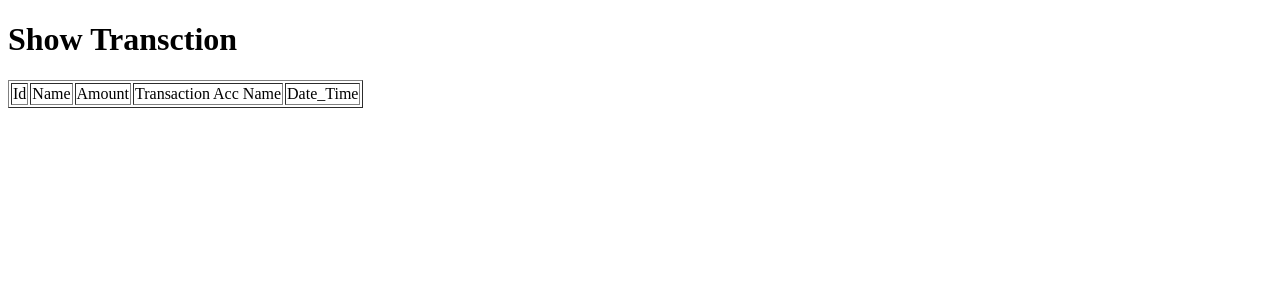
Repository: rukmini10/DXC
Page: http://localhost/Account/show_transaction.jsp
These files come from the project's save history. The page is drawn as it stood at one moment and after the next save; the edit follows.
The browser window is 1280 px wide. The pictures show the whole page.
The page is served by Tomcat 9. Nobody is signed in. The application's start-up code is not run. Queries for data that is not in the repository find no rows.

Above is the page before, as saved 2022-05-07 09:24:50.

After the next save:
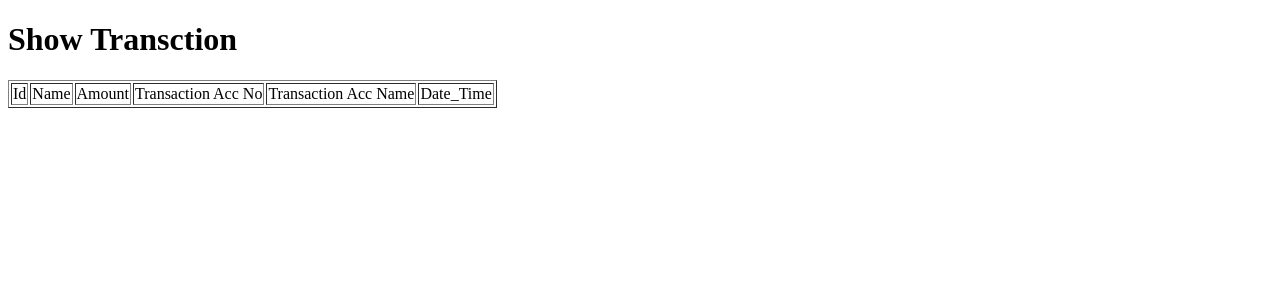
Saved 17 s later.
--- a/DXC_MAVEN/Account/src/main/webapp/show_transaction.jsp
+++ b/DXC_MAVEN/Account/src/main/webapp/show_transaction.jsp
@@ -29,6 +29,7 @@ ResultSet resultSet = null;
 <td>Id</td>
 <td>Name</td>
 <td>Amount</td>
+<td>Transaction Acc No</td>
 <td>Transaction Acc Name</td>
 <td>Date_Time</td>
 </tr>
